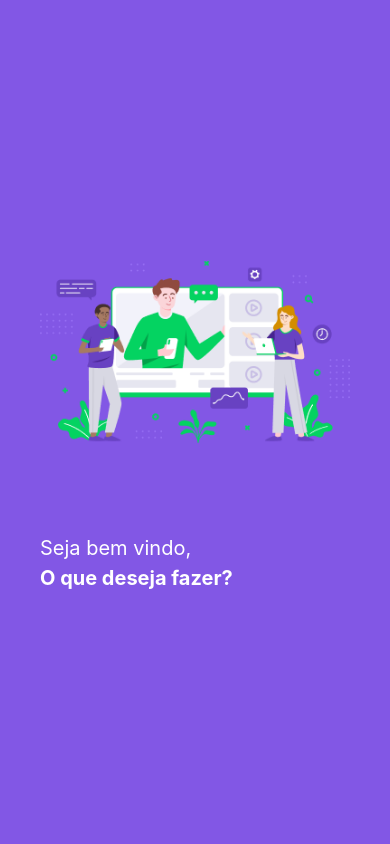
Repository: R4YC0NLima/Proffy_nlw
Screen: / (app in proffy_mobile/)
The author's editor kept a copy of each file at every save. The screen is drawn from the files as they stood at one save, then again after a run of saves.
The app was drawn by React Native's web renderer in a window 390 px wide. The project was rebuilt for these pictures with package versions that can differ from the ones it lists, and the page was loaded fresh each time.

Above is the screen before, as saved 2020-08-12 09:04:22.

After the next 3 saves:
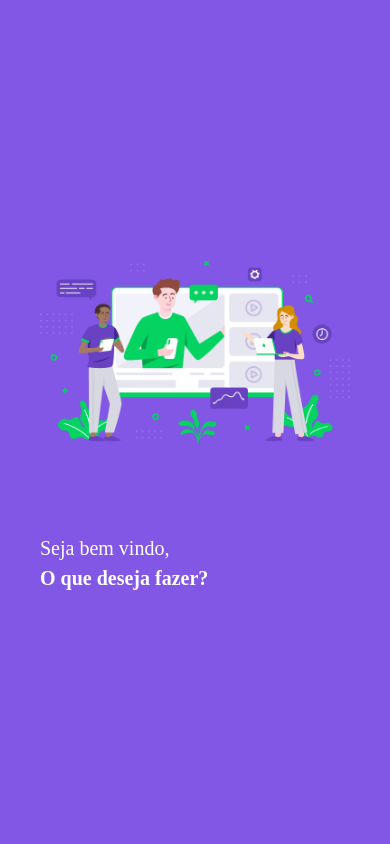
The 3 saves are shown as one change because they came seconds apart.
The last was saved 11 s later.
--- a/proffy_mobile/src/pages/Landing/styles.ts
+++ b/proffy_mobile/src/pages/Landing/styles.ts
@@ -12,7 +12,7 @@
     resizeMode: 'contain',
   },
   title: {
-    fontFamily: '',
+    fontFamily: 'Poppins',
     color: '#FFF',
     fontSize: 20,
     lineHeight: 30,

After the 2 saves that followed:
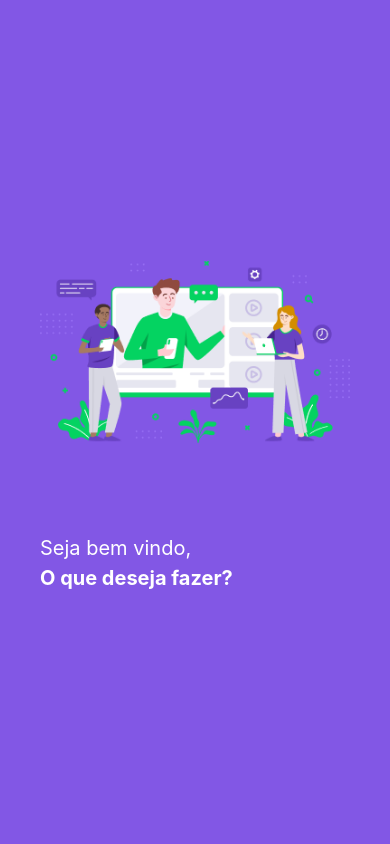
The 2 saves are shown as one change because 1 left the picture as it was.
The last was saved 81 s later.
--- a/proffy_mobile/src/pages/Landing/styles.ts
+++ b/proffy_mobile/src/pages/Landing/styles.ts
@@ -12,7 +12,7 @@
     resizeMode: 'contain',
   },
   title: {
-    fontFamily: 'Poppins',
+    // fontFamily: 'Poppins Regular',
     color: '#FFF',
     fontSize: 20,
     lineHeight: 30,
